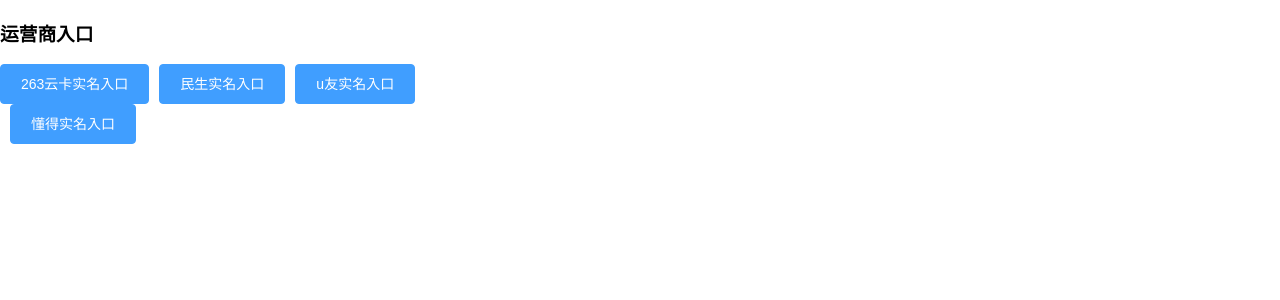
Repository: cmlsir1024/index-test
Page: index.html
The author's editor kept a copy of each file at every save. The page is drawn from the files as they stood at one save, then again after the next save.
The browser window is 1280 px wide. The pictures show the whole page.

Above is the page before, as saved 2023-10-11 11:59:09.

### index.html
<!DOCTYPE html>
<html lang="en">
  <head>
    <meta charset="UTF-8" />
    <meta http-equiv="X-UA-Compatible" content="IE=edge" />
    <meta name="viewport" content="width=device-width, initial-scale=1.0" />

    <title>glb文件渲染</title>
    <script src="./js/vue.js"></script>
    <!-- 引入样式 -->
    <!-- <link rel="stylesheet" href="https://unpkg.com/element-ui/lib/theme-chalk/index.css" /> -->
    <!-- 引入组件库 -->
    <!-- <script src="https://unpkg.com/element-ui/lib/index.js"></script> -->
    <!-- <script src="./js/vue.js"></script> -->
    <!-- 引入样式 -->
    <link rel="stylesheet" href="./css/element-ui.css" />
    <!-- 引入组件库 -->
    <script src="./js/element-ui.js"></script>
    <style>
      html,
      body {
        margin: 0px;
        padding: 0px;
        overflow: hidden;
        /* background-color: #5e95dd; */
      }

      .tag {
        width: 60px;
        height: 30px;
        background: #a5bbd8;
        word-wrap: break-word;
        font-size: 12px;
        pointerevents: none;
      }

      .table-man {
        position: absolute;
        right: 10px;
        top: 0px;
        z-index: 999 !important;
      }

      /*最外层透明*/
      .el-table,
      .el-table__expanded-cell {
        /* background-color: transparent; */
        background-color: rgba(255, 255, 255, 0.5);
      }

      /* 表格内背景颜色 */
      .el-table th,
      .el-table tr,
      .el-table td {
        /* background-color: rgba(94, 150, 223); */
      }

      .el-dropdown-link {
        cursor: pointer;
        color: #ffffff;
        font-size: 16px;
      }

      .el-icon-arrow-down {
        font-size: 16px;
      }

      .ListCss {
        margin-top: 10px;
        margin-bottom: 10px;
        /* width: 100%; */
        display: flex;
        justify-content: flex-end;
      }

      .ist-add {
      }
      .icolor {
        color: chartreuse;
      }
      .xiacolor {
        color: dimgrey;
      }

      /* .buttonCss {
      margin-left: 50%;
    } */
      .el-table tr {
        background-color: transparent;
      }
      .box {
        justify-content: center;
      }
    </style>
  </head>

  <body>
    <div id="app">
      <h3>运营商入口</h3>
      <div class="box">
        <el-row>
          <el-col :span="10">
            <el-button
              width="100px"
              v-for="item in dataList"
              @click="handleInfo('1')"
              type="primary"
            >
              {{item.name}}
            </el-button>
          </el-col>
        </el-row>
      </div>
    </div>
  </body>

  <script>
    var vm = new Vue({
      el: "#app",

      data: function () {
        return {
          radio1: "",
          dataList: [
            { name: "263云卡实名入口", id: 1 },
            { name: "民生实名入口", id: 2 },
            { name: "u友实名入口", id: 3 },
            { name: "懂得实名入口", id: 4 },
          ],
        };
      },
      created: function () {},
      mounted: function () {},
      methods: {
        handleInfo(str) {
          console.log(str);
        },
      },
    });
  </script>
</html>

Loaded but not shown: js/vue.js (library); css/element-ui.css (library); js/element-ui.js (library)

After the next save:
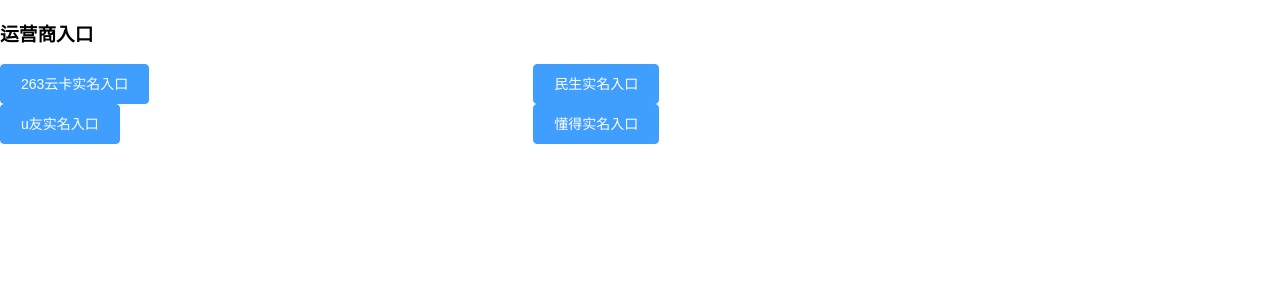
Saved 6 s later.
--- a/index.html
+++ b/index.html
@@ -99,13 +99,8 @@
       <h3>运营商入口</h3>
       <div class="box">
         <el-row>
-          <el-col :span="10">
-            <el-button
-              width="100px"
-              v-for="item in dataList"
-              @click="handleInfo('1')"
-              type="primary"
-            >
+          <el-col :span="10" v-for="item in dataList">
+            <el-button width="100px" @click="handleInfo('1')" type="primary">
               {{item.name}}
             </el-button>
           </el-col>
